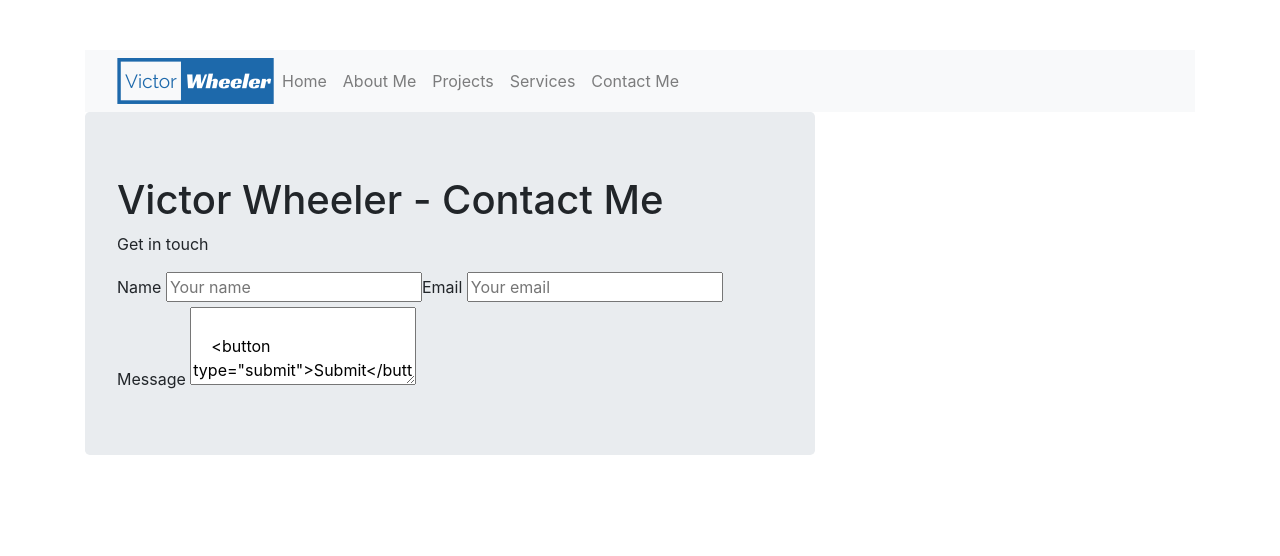
Repository: VictorWheeler/COMP_229_301167760
Page: http://localhost/contact
These files come from the project's save history. The page is drawn as it stood at one moment and after the next save; the edit follows.
The browser window is 1280 px wide. The pictures show the whole page.
The page is served by the project's Node server (server.js).

Above is the page before, as saved 2021-09-30 10:25:30.

### Express-Portfolio-Site/views/pages/contact.ejs
<!DOCTYPE html>
<html lang="en">
<head>
  <%- include('../partials/head'); %>
</head>
<body class="container">

<header>
  <%- include('../partials/header'); %>
</header>

<main>
<div class="row">
  <div class="col-sm-8">
    <div class="jumbotron">
      <h1>Victor Wheeler - Contact Me</h1>
      <p>Get in touch</p>

<form action="/contact" id="contact-form" method="post" role="form">
  <fieldset>
    <label for="name">Name</label>
    <input
      id="name"
      name="name"
      type="text"
      placeholder="Your name"
      required

    <label for="email">Email</label>
    <input
      id="email"
      name="email"
      type="text"
      placeholder="Your email"
      required

    <label for="message">Message</label>
    <textarea
      id="message"
      name="message"
      placeholder="Enter your message here"
      rows="3"
      required
    </textarea>

    <button type="submit">Submit</button>
  </fieldset>
</form>




    </div>
  </div>

  <div class="col-sm-4">
    <div class="well">
      <h3>Contact info</h3>
      <ul>
      <li>Phone: 613-555-1515</li>
      <li>Email: nothanks@gmail.com</li>
      </ul>
    </div>
  </div>
</div>
</main>

<footer>
  <%- include('../partials/footer'); %>
</footer>

</body>
</html>

### Express-Portfolio-Site/views/partials/head.ejs
<meta charset="UTF-8">
<title>Victor Wheeler</title>

<!-- CSS (load bootstrap from a CDN) -->
<link rel="stylesheet" href="https://cdnjs.cloudflare.com/ajax/libs/twitter-bootstrap/4.5.2/css/bootstrap.min.css">
<style>
  body { padding-top:50px; }
</style>

### Express-Portfolio-Site/views/partials/header.ejs
<nav class="navbar navbar-expand-lg navbar-light bg-light">
  <a class="navbar-brand"></a><img class="logo" src="/images/vw_logo.png" width="157" height="46" alt="why">
   <ul class="navbar-nav mr-auto">
    <li class="nav-item">
      <a class="nav-link" href="/">Home</a>
    </li>
    <li class="nav-item">
      <a class="nav-link" href="/about">About Me</a>
    </li>
    <li class="nav-item">
      <a class="nav-link" href="/projects">Projects</a>
    </li>
    <li class="nav-item">
      <a class="nav-link" href="/services">Services</a>
    </li>
    <li class="nav-item">
      <a class="nav-link" href="/contact">Contact Me</a>
    </li>
  </ul>
</nav>

### Express-Portfolio-Site/views/partials/footer.ejs
<p class="text-center text-muted">&copy; Copyright 2021 Victor Wheeler</p>

### Express-Portfolio-Site/server.js
var express = require('express');
var app = express();

const bodyParser = require('body-parser')
app.use(bodyParser.urlencoded({extended: true}))

const nodemailer = require('nodemailer')


// set the view engine to ejs
app.set('view engine', 'ejs');

//set public folder as static
app.use(express.static("public"));

// use res.render to load up an ejs view file

// Home page page
app.get('/', function(req, res) {
  res.render('pages/index');
});

// About Me page
app.get('/about', function(req, res) {
  res.render('pages/about');
});

// Projects page
app.get('/projects', function(req, res) {
    res.render('pages/projects');
  });

  // Services page
app.get('/services', function(req, res) {
    res.render('pages/services');
  });

  // Contact Me page
app.get('/contact', function(req, res) {
    res.render('pages/contact');
  });

  // POST route from contact form
app.post('/contact', (req, res) => {

  // Instantiate the SMTP server
  const smtpTrans = nodemailer.createTransport({
    host: 'smtp.gmail.com',
    port: 465,
    secure: true,
    auth: {
      user: GMAIL_USER,
      pass: GMAIL_PASS
    }
  })

  // Specify what the email will look like
  const mailOpts = {
    from: 'Your sender info here', // This is ignored by Gmail
    to: GMAIL_USER,
    subject: 'New message from contact form at tylerkrys.ca',
    text: `${req.body.name} (${req.body.email}) says: ${req.body.message}`
  }

  // Attempt to send the email
  smtpTrans.sendMail(mailOpts, (error, response) => {
    if (error) {
      res.render('contact-failure') // Show a page indicating failure
    }
    else {
      res.render('contact-success') // Show a page indicating success
    }
  })
})

app.listen(3000);
console.log('Server is listening on port 3000');

After the next save:
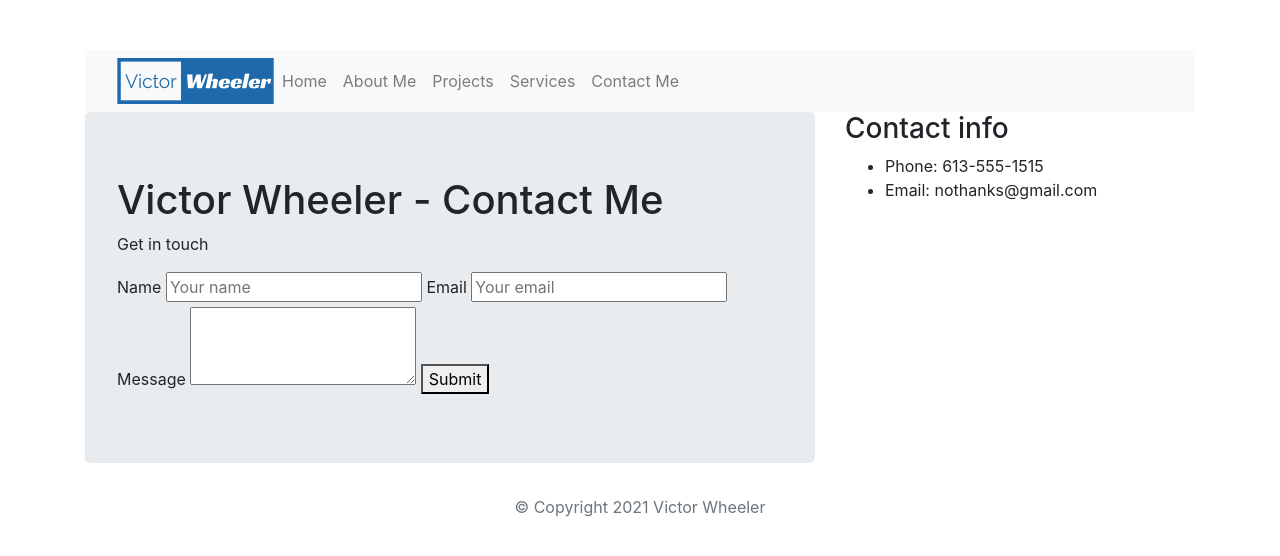
Saved 2 min 27 s later.
--- a/Express-Portfolio-Site/views/pages/contact.ejs
+++ b/Express-Portfolio-Site/views/pages/contact.ejs
@@ -24,7 +24,7 @@
       name="name"
       type="text"
       placeholder="Your name"
-      required
+      required>
 
     <label for="email">Email</label>
     <input
@@ -32,7 +32,7 @@
       name="email"
       type="text"
       placeholder="Your email"
-      required
+      required>
 
     <label for="message">Message</label>
     <textarea
@@ -40,7 +40,7 @@
       name="message"
       placeholder="Enter your message here"
       rows="3"
-      required
+      required>
     </textarea>
 
     <button type="submit">Submit</button>
